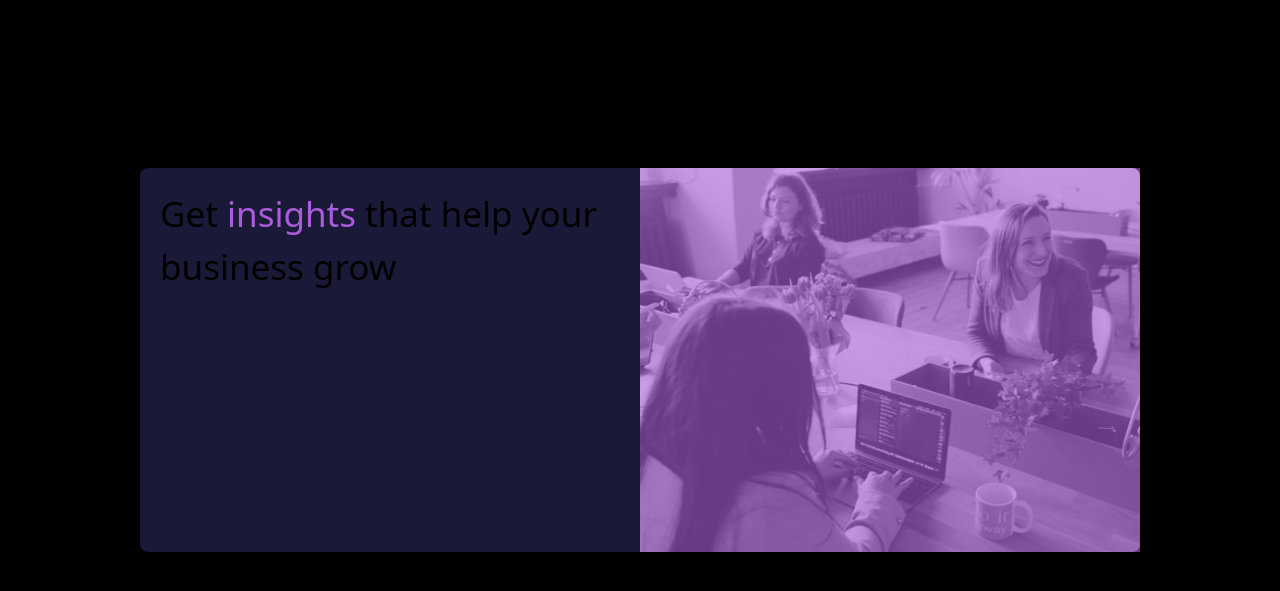
Repository: BerlinWebDev/FrontendMaster_PreviewMentor
Page: /
The author's editor kept a copy of each file at every save. The page is drawn from the files as they stood at one save, then again after the next save.
The browser window is 1280 px wide. The pictures show the whole page.
The project was rebuilt for these pictures with package versions that can differ from the ones it lists, and the page was loaded fresh each time.

Above is the page before, as saved 2023-11-11 19:07:52.

### src/App.js
import Image from "./assets/image-header-desktop.jpg";

function App() {
  return (
    <>
      <header>
        <title>Challenge</title>
        <meta name="description" content="Challenge" />
        <link rel="icon" href="/favicon.ico" />
      </header>
      <main className="flex min-h-screen flex-col items-center justify-center bg-black">
        <div className="flex h-96 w-[1000px] rounded-lg bg-[#1b1938]">
          <aside className="w-1/2  rounded-l-lg">
            <div className="p-5">
              <div className="text-[35px]">
                Get <span className="text-[#aa5cdb]">insights</span> that help
                your business grow
              </div>
            </div>
          </aside>
          <aside className="w-1/2  rounded-lg relative">
            <div className="absolute inset-0 bg-[#aa5cdb] opacity-60"></div>
            <img
              className=" h-full w-full rounded-r-lg"
              src={Image}
              alt="Header-Desktop"
            />
          </aside>
        </div>
      </main>
    </>
  );
}

export default App;

Loaded but not shown: public/index.html (common file); src/index.js (common file); src/index.css (common file); tailwind.config.js (common file)

After the next save:
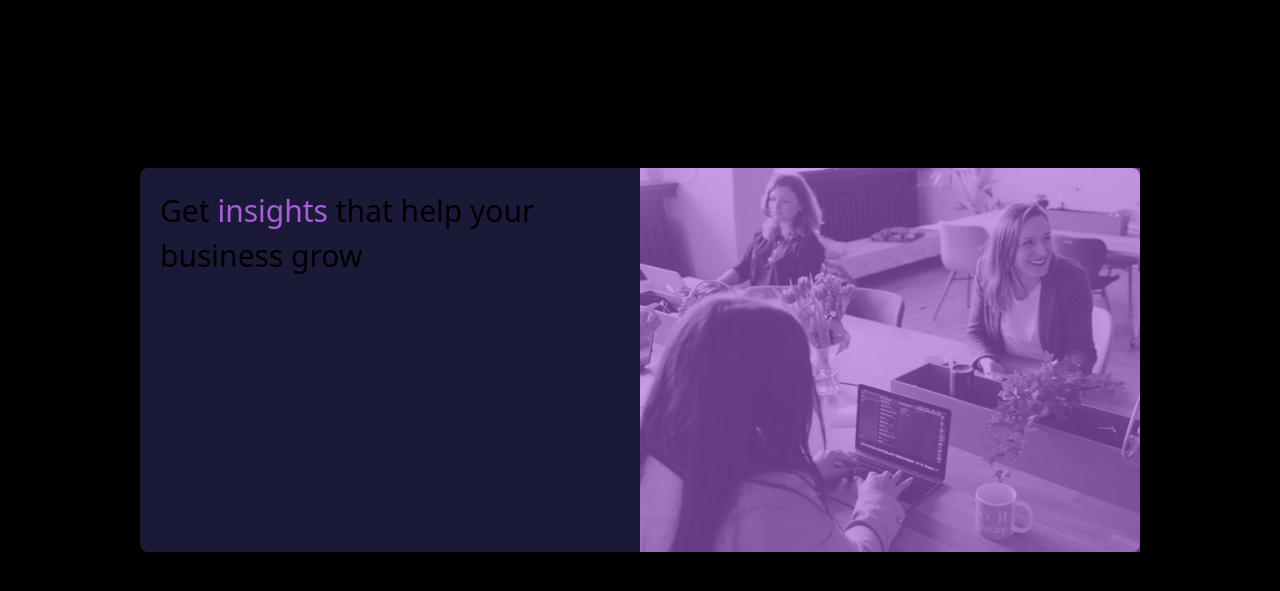
Saved 8 s later.
--- a/src/App.js
+++ b/src/App.js
@@ -12,7 +12,7 @@ function App() {
         <div className="flex h-96 w-[1000px] rounded-lg bg-[#1b1938]">
           <aside className="w-1/2  rounded-l-lg">
             <div className="p-5">
-              <div className="text-[35px]">
+              <div className="text-[30px]">
                 Get <span className="text-[#aa5cdb]">insights</span> that help
                 your business grow
               </div>
